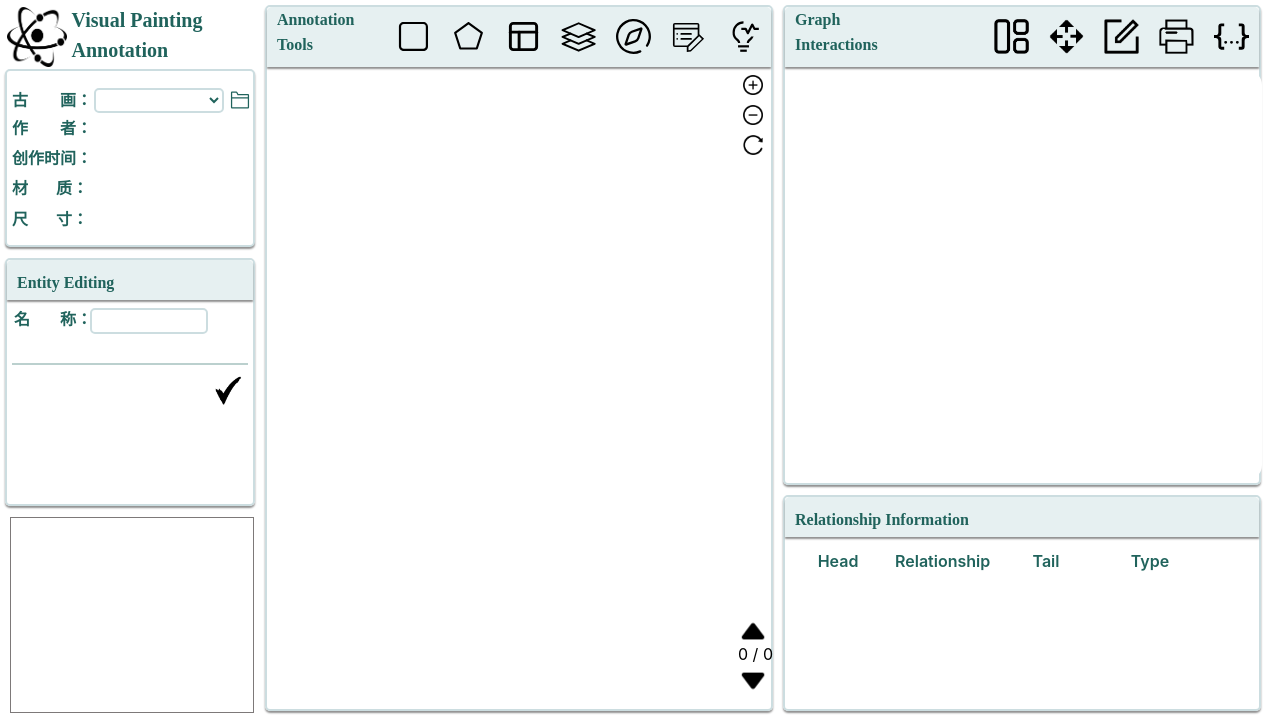
Repository: cailbh/ImageLabelTool
Page: /
The author's editor kept a copy of each file at every save. The page is drawn from the files as they stood at one save, then again after the next save.
The browser window is 1280 px wide. The pictures show the whole page.
The project was rebuilt for these pictures with package versions that can differ from the ones it lists, and the page was loaded fresh each time.

Above is the page before, as saved 2022-10-31 12:25:48.

### src/index.tsx
import React from 'react';
import ReactDOM from 'react-dom/client';
import './index.css';
import UI from './View';

const root = ReactDOM.createRoot(
  document.getElementById('root') as HTMLElement
);
root.render(
  <React.StrictMode>
    <UI />
  </React.StrictMode>
);

### src/index.css
* {
  margin: 0;
  font-family: -apple-system, BlinkMacSystemFont, 'Segoe UI', 'Roboto', 'Oxygen',
    'Ubuntu', 'Cantarell', 'Fira Sans', 'Droid Sans', 'Helvetica Neue',
    sans-serif;
  -webkit-font-smoothing: antialiased;
  -moz-osx-font-smoothing: grayscale;
  padding: 0;
  user-select: none;
}

code {
  font-family: source-code-pro, Menlo, Monaco, Consolas, 'Courier New',
    monospace;
}

html, body, #root {
  width: 100%;
  height: 100%;
  /* background: rgb(237,241,241); */
  background: rgb(255,255,255);
}

#root {
  /* display: flex; */
  /* flex-direction: row; */

}

### src/View/index.tsx
/**
 * 该组件负责图像视图与网络图视图的通信：
 *
 */

import React from "react";
// import ImageView from "./ImageView";
import GraphView from "./GraphView";
import LabelView from "./LabelView";
import { Entity, EntityArray, Relationship, RelationshipArray } from '../lib/interface'
import { EntityArrayContextProvider, useEntityArray, useEntityArrayUpdate } from "../lib/context";
import { RelationshipArrayContextProvider, useRelationshipArray, useRelationshipArrayUpdate } from "../lib/context";
import { InfoContextProvider, useInfo, useInfoUpdate } from "../lib/context";
import { MemoArrayContextProvider, useMemoArray, useMemoArrayUpdate } from "../lib/context";


export default function UI() {
    return (
        <React.StrictMode>
            <InfoContextProvider>
                <RelationshipArrayContextProvider>
                    <EntityArrayContextProvider>
                        <MemoArrayContextProvider>
                            {/* <ImageView></ImageView> */}

                            <LabelView></LabelView>
                            {/* <GraphView></GraphView> */}
                        </MemoArrayContextProvider>
                    </ EntityArrayContextProvider >
                </RelationshipArrayContextProvider>
            </InfoContextProvider>
        </React.StrictMode>
    )
}

### src/View/LabelView.tsx
import React from "react";
import LabelDisplay from "../component/LabelDisplay/index";
import LabelTool from "../component/LabelTool/index";
import ViewCard from "./ViewCard";

export default function LabelView() {
    return (
        // <ViewCard
        //     top={(
        //         <LabelTool></LabelTool>
        //     )}
        //     body={(
        <LabelDisplay></LabelDisplay>
        //     )}
        // />
    )
}

### src/lib/context.tsx
import React, { useContext, useState } from 'react';
import { MemoArray, Relationship, RelationshipArray, EntityArray, Entity, Info } from './interface'
import { arrayBuffer } from 'stream/consumers';


const entityContext = React.createContext<EntityArray>({ array: [] });
const EntityUpdateContext = React.createContext(null);

export const useEntityArray = () => useContext(entityContext);
export const useEntityArrayUpdate = () => useContext(EntityUpdateContext);
export const EntityArrayContextProvider = ({ children }) => {
    const [entityArray, setEntityArray] = useState<Entity[]>([]);
    const updateEntityArray = (entityArray) => {
        setEntityArray([...entityArray])
    }
    return (
        <entityContext.Provider value={{ array: entityArray }}>
            <EntityUpdateContext.Provider value={updateEntityArray}>
                {children}
            </EntityUpdateContext.Provider>
        </entityContext.Provider>
    );
};

const relationshipContext = React.createContext<RelationshipArray>({ array: [] });
const relationshipUpdateContext = React.createContext(null);

export const useRelationshipArray = () => useContext(relationshipContext);
export const useRelationshipArrayUpdate = () => useContext(relationshipUpdateContext);
export const RelationshipArrayContextProvider = ({ children }) => {
    const [RelationshipArray, setRelationshipArray] = useState<Relationship[]>([]);
    const updateRelationshipArray = (RelationshipArray) => {
        setRelationshipArray([...RelationshipArray])
    }
    return (
        <relationshipContext.Provider value={{ array: RelationshipArray }}>
            <relationshipUpdateContext.Provider value={updateRelationshipArray}>
                {children}
            </relationshipUpdateContext.Provider>
        </relationshipContext.Provider>
    );
};


const memoContext = React.createContext<MemoArray>({ entArray: [], relArray: [] });
const memoUpdateContext = React.createContext(null);

export const useMemoArray = () => useContext(memoContext);
export const useMemoArrayUpdate = () => useContext(memoUpdateContext);
export const MemoArrayContextProvider = ({ children }) => {
    const [entArray, setEntArray] = useState<Entity[]>([]);
    const [relArray, setRelArray] = useState<Relationship[]>([]);
    const updateMemoArray = (entArray, relArray) => {
        setEntArray([...entArray])
        setRelArray([...relArray])
    }
    return (
        <memoContext.Provider value={{ entArray: entArray, relArray: relArray }}>
            <memoUpdateContext.Provider value={updateMemoArray}>
                {children}
            </memoUpdateContext.Provider>
        </memoContext.Provider>
    );
};

const infoContext = React.createContext<Info>(null);
const InfoUpdateContext = React.createContext(null);

export const useInfo = () => useContext(infoContext);
export const useInfoUpdate = () => useContext(InfoUpdateContext);
export const InfoContextProvider = ({ children }) => {
    const [info, setInfo] = useState<Info>();
    const updateInfo = (infoArray) => {
        setInfo(infoArray)
    }
    return (
        <infoContext.Provider value={info}>
            <InfoUpdateContext.Provider value={updateInfo}>
                {children}
            </InfoUpdateContext.Provider>
        </infoContext.Provider>
    );
};

### src/component/LabelDisplay/graph.css
#graph{
width: 100%;
height: calc(100% - 66px);
overflow: 'auto';
background: #fff;
box-sizing: border-box;
border-radius: 15px;
display: inline-block;
margin: 3px;
text-align: left;
position: relative;
}
.graphRoot{
    background: rgba(237,241,241,0);
    position: relative;
    height: 100%;
    width: calc(40% - 10px);
    float: left;
}
.horizontal_graphRoot{
    background: rgba(237,241,241,0);
    position: relative;
    height: 45%;
    width: calc(100% - 260px);
    float: left;
}
.graphCantain{
    position: relative;
    height: calc(100% - 0px);
    float: left;
    width: calc(100% - 0px);
    background: rgba(237,241,241,0);
    /* padding: 10px; */
}
.graphHead{
    width: 100%;
    height: 60px;
    background: rgba(0,0,0,0);
    float: left;
    position: relative;
    z-index: 999999;
    border-top-left-radius: 5px;
    border-top-right-radius: 5px;
    background-color: rgba(230,240,241,1);
    filter: progid:DXImageTransform.Microsoft.Shadow(color=#909090,direction=120,strength=4);
    box-shadow: 0px 2px 2px #909090;
}
.graphLogo h5{
    width: 70%;
    float: left;
    color: rgb(32,99,92);
    text-align: left;
    font-weight: 600;
    font-size: 16px;
    line-height: 1.35;
    font-variant: tabular-nums;
    line-height: 1.5715;
    font-feature-settings: "tnum";
    font-family: SourceHanSerifCN-Heavy, SourceHanSerifCN;
}

.graphLogo {
    float: left;
    width: 20%;
    height: 100%;
    margin-left: 10px;
}
.graphAssistFeatures{
    float: right;
    height: 100%;
    width: 30%;
}
.toolBut {
    height: 100%;
    text-align: center;
    /* padding: 4px; */
    width: 50px;
    float: left;
    margin: 1px 10px 0px 10px;
}

.graphToolBut {
    width: 35px;
    height: 35px;
    margin: 15px 15px 5px 25px;
    cursor: pointer;
    -webkit-border-radius: 5px;
    -moz-border-radius: 5px;
    border-radius: 5px;
    font-size: 15px;
    font-style: normal;
    color: #000;
    line-height: 36px;
    text-align: center;
    float: left;
    display: flex;
    justify-content: center;
    align-items: center;
    height: calc(100% - 20px);
    text-align: center;
    padding: 5px;
    border: 1px #696969 solid;
    width: 40px;
    float: right;
    margin: 5px 2px 5px 2px;
}
.graphToolBut:hover {
    background: #767a84;
    color: #fff;
}

.attributeDiv{
    background: rgba(237,241,241,0);
    -webkit-box-sizing: border-box;
    -moz-box-sizing: border-box;
    box-sizing: border-box;
    border-radius: 5px;
    width: calc(100% - 24px);
    margin: 5px;
    height: calc(30% - 0px);
    border-image-slice: 151;
    border-image-width: 20px 1px;
    -webkit-box-sizing: border-box;
    -moz-box-sizing: border-box;
    box-sizing: border-box;
    float: left;
    border: 2px solid rgb(204,221,224);
    filter:progid:DXImageTransform.Microsoft.Shadow(color=#909090,direction=120,strength=4);
    -moz-box-shadow: 0px 2px 10px #909090;
    -webkit-box-shadow: 0px 2px 10px #909090;
    box-shadow:0px 2px 2px #909090
}
.graphDiv{
    background: rgba(237,241,241,0);
    -webkit-box-sizing: border-box;
    -moz-box-sizing: border-box;
    box-sizing: border-box;
    border-radius: 5px;
    width: calc(100% - 24px);
    margin: 5px;
    height: calc(70% - 24px);
    border-radius: 5px;
    float: left;
    border: 2px solid rgb(204,221,224);
    filter:progid:DXImageTransform.Microsoft.Shadow(color=#909090,direction=120,strength=4);
    -moz-box-shadow: 0px 2px 10px #909090;
    -webkit-box-shadow: 0px 2px 10px #909090;
    box-shadow:0px 2px 2px #909090
}
#attributeBox{
    width: calc(50% - 4px);
    height: calc(100% - 2px);
    overflow: 'auto';
    margin: 2px 1px;
    float: left;
}
#relationshipBox{
    width: calc(100% - 4px);
    height: calc(100% - 47px);
    /* width: 100%; */
    /* height: 100%; */
    background: #fff;
    overflow: 'auto';
    float: left;
    margin: 2px 1px;
    border-radius: 15px;
}
#relationshipBoxHead{
    background-color: rgba(230,240,241,1);
    color: rgba(32,99,92,1);
    height: 40px;
    border-top-left-radius: 5px;
    border-top-right-radius: 5px;
    box-shadow: 0px 2px 2px #909090;
}
.but {
    display: flex;
    flex-direction: column;
    height: 40px;
    width:40px;
    justify-content: center;
    float: left;
}
.butContain{
    width: 10px;
    height: 100px;
    position: absolute;
    z-index: 9999;
    display: none;
}
.graphToolsDiv{
    width: 70%;
    height: 100%;
    float: right;
    /* display: flex; */
    justify-content: center;
    align-items: center;
}
.graphTool {
    /* background-color: #fff ; */
    width: 35px;
    height: 35px;
    margin: 12px 10px;
    cursor: pointer;
    float: left;
    text-align: center;
}
.graphTool h5{
    font-style: normal;
    color: #000;
    line-height: 36px;
    text-align: center;
    font-size: 0;
}
.graphTool h5:hover{
    font-size: 12px;
}
.graphToolSet:hover {
    background: #767a84;
    color: #fff;
}
.graphToolSet.focus {
    background: #767a84;
    color: #fff;
}
#graphTools{
    float: right;
    /* height: 100%; */
    /* width: 60%; */
    /* height: 50px; */
    /* float: left; */
    position: relative;
    z-index: 999999;
    /* filter:progid:DXImageTransform.Microsoft.Shadow(color=#909090,direction=120,strength=4);
    -moz-box-shadow: 2px 2px 10px #909090;
    -webkit-box-shadow: 2px 2px 10px #909090;
    box-shadow:2px 2px 10px #909090; */
    border-top-left-radius: 10px;
    border-top-right-radius: 10px;
}
#layoutDiv{
    height: 50px;
    width: 100px;
    background: #ffffff;
    top:75px;
    position: absolute;
    display: flex;
    justify-content: center;
    align-items: center;
    /* border-top-left-radius: 10px;
    border-top-right-radius: 10px; */
    /* border: 5px #000 solid; */
    right: calc(70% - 230px);
    z-index: -999;
}
#layouts{
    float: right;
    /* height: 100%;
    width: 100%; */
    /* float: left; */
    position: relative;
    /* filter:progid:DXImageTransform.Microsoft.Shadow(color=#909090,direction=120,strength=4);
    -moz-box-shadow: 2px 2px 10px #909090;
    -webkit-box-shadow: 2px 2px 10px #909090;
    box-shadow:2px 2px 10px #909090; */
    /* border-top-left-radius: 10px;
    border-top-right-radius: 10px; */
}
#entity-table{
    width: calc(100% - 6px);
    height: calc(100% - 6px);
    border: 2px solid rgba(50, 50, 50, 0.2);
    box-sizing: border-box;
    border-radius: 5px;
    display: inline-block;
    margin: 3px;
    background: rgb(255,255,255);
}
.tableEntity{
    height: 100% !important
}

.tableRelationship{
    height: 100% !important
}
.rs-table-body-row-wrapper{
    height: 100% !important
}
#relationship-table{
    width: calc(100% - 0px);
    height: calc(100% - 0px);
    /* border: 2px solid rgba(50, 50, 50, 0.2); */
    /* box-sizing: border-box; */
    border-radius: 15px;
    display: inline-block;
    /* margin: 3px; */
    background: rgb(255,255,255);
}

.toolLayout{
    font-size:0;
    overflow:hidden;
    background: url("../../assets/imgs/tool-layout.png");
    background-size: cover;
}
.toolEdit{
    font-size:0;
    overflow:hidden;
    background: url("../../assets/imgs/tool-edit.png");
    background-size: cover;
}
.toolDrop{
    font-size:0;
    overflow:hidden;
    background: url("../../assets/imgs/tool-drop.png");
    background-size: cover;
}
.toolAdd{
    font-size:0;
    overflow:hidden;
    background: url("../../assets/imgs/tool-add.png");
    background-size: cover;
}

.toolDel{
    font-size:0;
    overflow:hidden;
    background: url("../../assets/imgs/tool-del.png");
    background-size: cover;
}

.toolUndo{
    font-size:0;
    overflow:hidden;
    background: url("../../assets/imgs/tool-undo.png");
    background-size: cover;
}

.toolRedo{
    font-size:0;
    overflow:hidden;
    background: url("../../assets/imgs/tool-redo.png");
    background-size: cover;
}

.toolPrint{
    font-size:0;
    overflow:hidden;
    background: url("../../assets/imgs/tool-download.png");
    background-size: cover;
}

.toolInputJson{
    font-size:0;
    overflow:hidden;
    background: url("../../assets/imgs/tool-inputJson.svg");
    background-size: cover;
}
.graphTool:hover {
    background: rgba(0,0,0,0);
    font-size: 16px;
    font-weight: 300;
    font-style: normal;
    color: #000;
    line-height: 36px;
    text-align: center;
    float: left;
     /* display: flex; */;
    justify-content: center;
    align-items: center;
    text-align: center;
}
.layoutSet{
    width: 20px;
    height: 20px;
    margin:5px;
    font-size:0;
    overflow:hidden;

    cursor: pointer;
    float: left;
}

.toolCrossLayout{
    background: url(../../assets/imgs/layout-cross.png);
    background-size: cover

}
.toolForceLayout{
    background: url(../../assets/imgs/layout-force.png);
    background-size: cover

}
.toolDragLayout{
    background: url(../../assets/imgs/layout-drag.png);
    background-size: cover

}
.layoutSet:hover {
    background: rgba(0,0,0,0);
    font-size: 10px;
    font-style: normal;
    color: #000;
    line-height: 6px;
    text-align: center;
    float: left;
    display: flex;
    justify-content: center;
    align-items: center;
    text-align: center;
}
.entInput{
    background: rgba(0,0,0,0);
    border: 0;
    text-align: center;
    width: 50%;
    height: 100%;
    float: left;
}
.entInput :focus{
    background: rgba(0,0,0,0);
    border: 0;
    text-align: center;
    width: 50%;
    float: left;
    height: 100%;
}

### src/lib/tasks.tsx
export default class Task {
    id: string;
    name: string;
    size: string;
    texture: string;
    time: string;
    author: string;
    constructor(options) {
        this.id = "";
        this.name = "";
        this.size = "";
        this.texture = "";
        this.time = "";
        this.author = ""
    }
}

### src/lib/interface.tsx
export class EntityArray {
    array: Array<Entity>;
}
export class RelationshipArray {
    array: Array<Relationship>;
}
export class MemoArray {
    relArray: Array<Relationship>;
    entArray: Array<Entity>;
}
export class Entity {
    name: string;
    id: string;
    type: string;
    x: number;
    y: number;
    //图片绘制起始位置
    ix: number;
    iy: number;
    //标注绘制起始位置
    lx: number;
    ly: number;
    // 图片宽度
    iWidth: number;
    // 图片高度
    iHeight: number;
    //图片缩放
    iScale: number;
    visAble: boolean;
    labels: any;
    content: any;
    contentType: string;
    labelLocation: any;
    rgb: string;
    visibility: boolean;
    trend: any;
    trendIndex: number;
    centerPoint: any;
    rectMask: any;
    color: string;
    describe: string;
    attribute: any;
    active: boolean;
    children: any;
    constructor(myName: string) { //定义带参数的构造函数
        this.name = myName;
    }
}


export class Relationship {
    name: string;
    id: string;
    type: string;
    targetId: string;
    sourceId: string;
    color: string;
    weight: number;
    visAble: boolean
    // constructor(myName: string) { //定义带参数的构造函数
    //     this.name = myName;
    // }
}

export class Info {
    changeState: number;
}

export default class LabelState {
    //任务名称
    taskName: string;
    //文件列表
    imgFiles: any;
    //图片总数
    imgSum: number;
    //选择图片下标
    imgIndex: number;
    cWidth: number;
    cHeight: number;
    // 缩略图宽度
    sWidth: number;
    // 缩略图高度
    sHeight: number;
    // 图片宽度
    iWidth: number;
    // 图片高度
    iHeight: number;
    // 图片拖拽至边缘最小显示
    appearSize: number;
    // 缩放布进
    scaleStep: number;
    // 最小缩放比例
    minScale: number;
    // 最大缩放比例
    maxScale: number;
    // 图片在画板中的横坐标
    x: number;
    // 图片在画板中的纵坐标
    y: number;
    // 鼠标当前画板中的横坐标
    mouseX: number;
    // 鼠标当前画板中的纵坐标
    mouseY: number;
    // 拖动过程中，鼠标前一次移动的横坐标
    prevX: number;
    // 拖动过程中，鼠标前一次移动的纵坐标
    prevY: number;
    // 缩放比例
    scale: number;
    // 鼠标在图片中的横坐标
    ix: number;
    // 鼠标在图片中的纵坐标
    iy: number;
    // 矩形框起点横坐标
    rectX: number;
    // 矩形框起点纵坐标
    rectY: number;
    // 绘制多边形的圆点半径
    radius: number;

    // 绘制线段宽度
    lineWidth: number;

    //绘制区域模块透明度
    opacity: number;

    // 定时器
    timer: any;

    // 结果是否被修改
    isModify: boolean;

    // 是否全屏
    isFullScreen: boolean;

    // 是否移动图像标注圆点
    isDragCircle: boolean;

    // 当前点击圆点index
    snapCircleIndex: number;

    // 用于在拖拽或者缩放时，让绘制至存储面板的数据，只绘制一次
    drawFlag: boolean;

    // 监听滚动条缩放是否结束的定时器
    mousewheelTimer: null;

    // 历史记录下标
    historyIndex: number;
    Arrays: any;
    Nodes: any;
    Features: any;

}

### src/axios/index.ts
import entityRecognize from './api/entityRecognize';

export * from './api/entityRecognize'; // 目标识别
// export * from './api/img'; // 图片
export default {
    entityRecognize
}

### src/component/GraphRelationship/index.css
.smallInput  {
    width: 90%;
    border-radius: 10px;
    border: 1.5px #ccc solid;
    /* margin: 5px; */
    margin-left: 15px;
    color: rgb(32,99,92);
    font-weight: 600;
    font-size: 16px;
    line-height: 1.35;
    font-variant: tabular-nums;
    line-height: 1.5715;
    font-feature-settings: "tnum";
    font-family: SourceHanSerifCN-Heavy, SourceHanSerifCN;
}
.relRow{
    width: 20% !important;
    margin: 5px;
    padding: 0px !important;
}
.relBut{
    margin: 5px;
    padding: 0px !important;
}
.relationship-table-head-co{
    width: 20%;
    height: calc(100% - 10px);
    float: left;
    margin: 5px;
    text-align: center;
}
.confirmButton{
    width: 40px;
    height: 20px;
    /* margin: 5px; */
    border-radius: 15px;
    float: left;
    border: 0px;
    background-color: rgb(32,99,92);
    color: #fff;
    text-align: center;
    font-weight: 600;
    font-size: 12px;
    font-variant: tabular-nums;
    line-height: 1.5715;
    font-feature-settings: "tnum";
    font-family: SourceHanSerifCN-Heavy, SourceHanSerifCN;
}
.deleteButton{
    width: 40px;
    height: 20px;
    /* margin: 5px; */
    border-radius: 15px;
    float: left;
    border: 0px;
    background-color: rgb(32,99,92);
    color: #fff;
    text-align: center;
    font-weight: 600;
    font-size: 12px;
    font-variant: tabular-nums;
    line-height: 1.5715;
    font-feature-settings: "tnum";
    font-family: SourceHanSerifCN-Heavy, SourceHanSerifCN;
}
#bigInput {
    color:#333;
    height: 60px;
    line-height:normal;
    font-family:"Microsoft YaHei",Tahoma,Verdana,SimSun;
    font-style:normal;
    font-variant:normal;
    font-size-adjust:none;
    font-stretch:normal;
    font-weight:normal;
    margin-top:0px;
    margin-bottom:0px;
    margin-left:0px;
    padding-top:4px;
    padding-right:4px;
    padding-bottom:4px;
    padding-left:4px;
    font-size:15px;
    outline-width:medium;
    outline-style:none;
    outline-color:invert;
    border-top-left-radius:3px;
    border-top-right-radius:3px;
    border-bottom-left-radius:3px;
    border-bottom-right-radius:3px;
    text-shadow:0px 1px 2px #fff;
    background-attachment:scroll;
    background-repeat:repeat-x;
    background-position-x:left;
    background-position-y:top;
    background-size:auto;
    background-origin:padding-box;
    background-clip:border-box;
    background-color:rgb(255,255,255);
    margin-right:8px;
    border-top-color:#ccc;
    border-right-color:#ccc;
    border-bottom-color:#ccc;
    border-left-color:#ccc;
    border-top-width:1px;
    border-right-width:1px;
    border-bottom-width:1px;
    border-left-width:1px;
    border-top-style:solid;
    border-right-style:solid;
    border-bottom-style:solid;
    border-left-style:solid;
}
.relationship-table-head{
    height: 40px;
    color: rgb(32,99,92);
    /* background: rgb(210,225,230); */
    font-weight: 600;
    text-align: center;
    font-size: 16px;
    line-height: 1.35;
    font-variant: tabular-nums;
    line-height: 1.5715;
    font-feature-settings: "tnum";
    font-family: SourceHanSerifCN-Heavy, SourceHanSerifCN;
    /* border-top-left-radius: 15px;
    border-top-right-radius: 15px; */
}
.relationship-table-body{
    height: calc(100% - 40px);
    overflow:scroll;
    scrollbar-width: none;
}

### src/axios/api/entityRecognize/index.ts
import { get, put, post, del } from '../../http';
import axios from 'axios'
import{base} from '../config'
import {message} from 'antd'
import cookie from 'react-cookies'
export const getImg = (data: any) => get({ url: '/recognize/', data }); //
export const postImg = (data: any) => post({ url: '/recognize/', data }); //
export const updateImg = (data: any) => put({ url: '/recognize/', data });

export default{
    //测试
    async testApi(params){
        return await axios.get(`${base}/hi`,params) .then((res)=>{
            return res.data;
        }).catch((error)=>{
            message.error("服务器出错")
        })
    },
    //目标检测
    async entityRecognizeApi(params){
        return await axios.post(`${base}/predict_bbx`,params).then((res)=>{
            return res.data;
        }).catch((error)=>{
            message.error("服务器出错")
        })
    },

}

### src/axios/config.ts
export const rootURL = ''

export const ServerCode = {
    SUCCESS: 0,
    CONTINUE: 400,
    WRONG_PARAM: 401,
    WRONG_REQUEST: 402,
    FORBIDDEN: 403,
    WRONG_URL: 404,
    NO_LOGIN: 406,
    TIME_OUT: 408,
    WRONG_REQUEST_MODAL: 410,
    AUTO_SAVE_ERROR_CODE: 411, // 自动暂存code
    PROCESS_ERROR: 412, // 任务进度错误
    WRONG_SERVER: 500,
    WRONG_REALIZE: 501,
    WRONG_GATEWAY: 502,
    BAD_SERVER: 503,
    GATEWAY_TIME_OUT: 504,
    WRONG_VERSION: 505
};

export const SubCode = {
    OPERATION_FAILED: 410001,
    TASK_HAS_EXPIRED_OR_SUBMITTED: 400001
};

export const ServerCodeMap = {
    [ServerCode.SUCCESS]: '成功',
    [ServerCode.CONTINUE]: '继续', // 传递指定“继续参数”即可成功
    [ServerCode.WRONG_PARAM]: '参数格式出错',
    [ServerCode.WRONG_REQUEST]: '请求出错',
    [ServerCode.FORBIDDEN]: '拒绝访问',
    [ServerCode.WRONG_URL]: '请求地址出错',
    [ServerCode.NO_LOGIN]: '未登录',
    [ServerCode.TIME_OUT]: '请求超时',
    [ServerCode.WRONG_SERVER]: '服务器内部错误',
    [ServerCode.WRONG_REALIZE]: '服务未实现',
    [ServerCode.WRONG_GATEWAY]: '网关错误',
    [ServerCode.BAD_SERVER]: '服务不可用',
    [ServerCode.GATEWAY_TIME_OUT]: '网关超时',
    [ServerCode.WRONG_VERSION]: 'HTTP版本不受支持'
};

export const RedirectMap = {
    [ServerCode.FORBIDDEN]: '/403'
};

Loaded but not shown: public/index.html (common file); src/lib/uuid.js (8 lines, source omitted); src/axios/api/config.js (3 lines, source omitted); src/component/LabelDisplay/index.tsx (4033 lines, source omitted); src/component/LabelDisplay/index.css (1899 lines, source omitted); src/component/GraphRelationship/index.tsx (223 lines, source omitted); src/component/AttributeInput/index.tsx (170 lines, source omitted); src/axios/http.ts (147 lines, source omitted); src/lib/webAnnotate.tsx (280 lines, source omitted); src/component/AttributeInput/index.css (169 lines, source omitted)

After the next save:
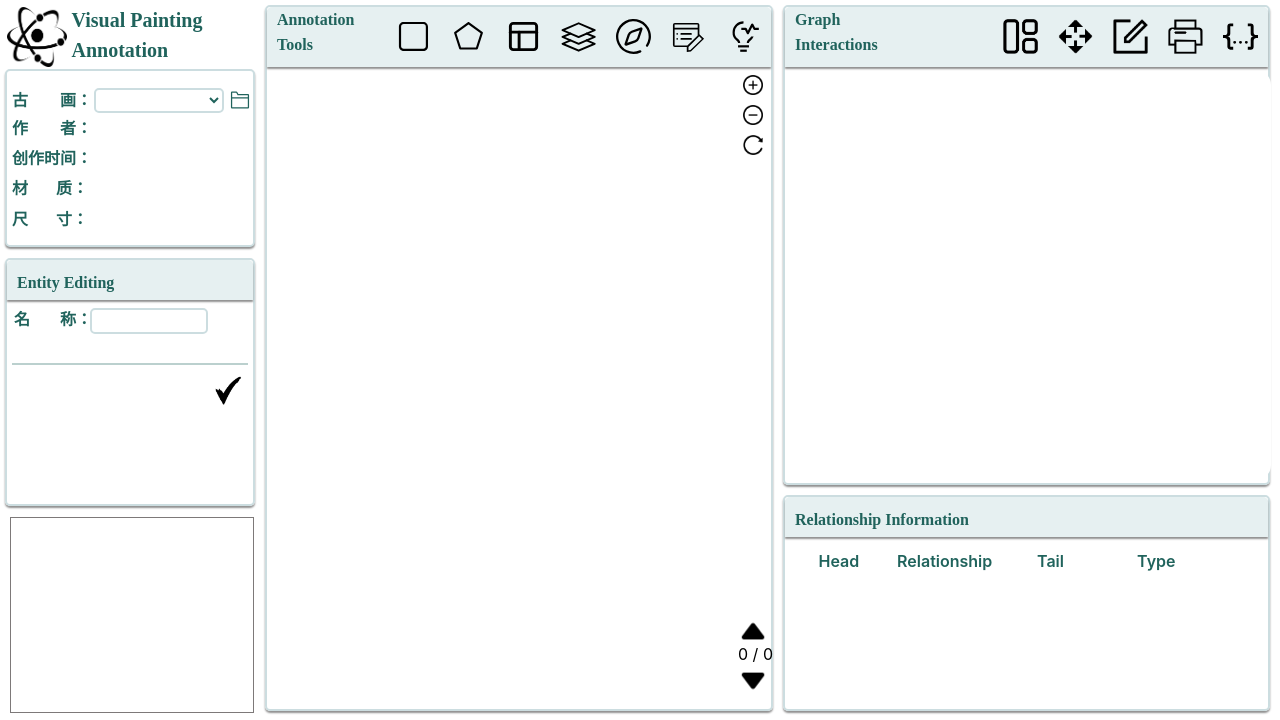
Saved 50 s later.
--- a/src/component/LabelDisplay/graph.css
+++ b/src/component/LabelDisplay/graph.css
@@ -115,7 +115,7 @@ position: relative;
     -moz-box-sizing: border-box;
     box-sizing: border-box;
     border-radius: 5px;
-    width: calc(100% - 24px);
+    width: calc(100% - 15px);
     margin: 5px;
     height: calc(30% - 0px);
     border-image-slice: 151;
@@ -136,7 +136,7 @@ position: relative;
     -moz-box-sizing: border-box;
     box-sizing: border-box;
     border-radius: 5px;
-    width: calc(100% - 24px);
+    width: calc(100% - 15px);
     margin: 5px;
     height: calc(70% - 24px);
     border-radius: 5px;
